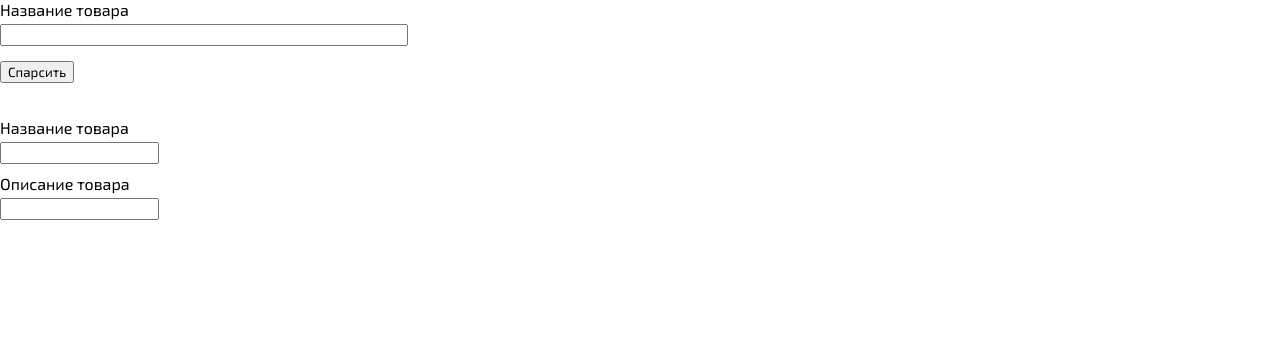
Repository: yozuul/wildberries-product-card-parser-api-exchange
Page: public/index.html
An editor plug-in stored every save of this project. The page is shown before and after the next save, followed by the edit.
The browser window is 1280 px wide. The pictures show the whole page.

Above is the page before, as saved 2021-08-18 17:37:54.

After the next save:
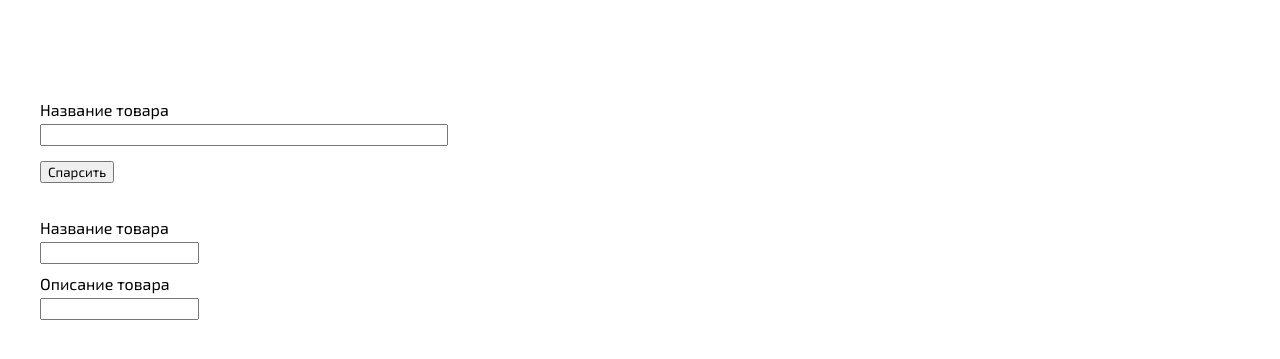
Saved 12 s later.
--- a/public/style.css
+++ b/public/style.css
@@ -8,7 +8,7 @@ body {
    padding: 0;
    margin: 0;
 }
-.wrapper {
+.formWrapper {
    max-width: 1200px;
    margin: auto;
    margin-top: 100px;
